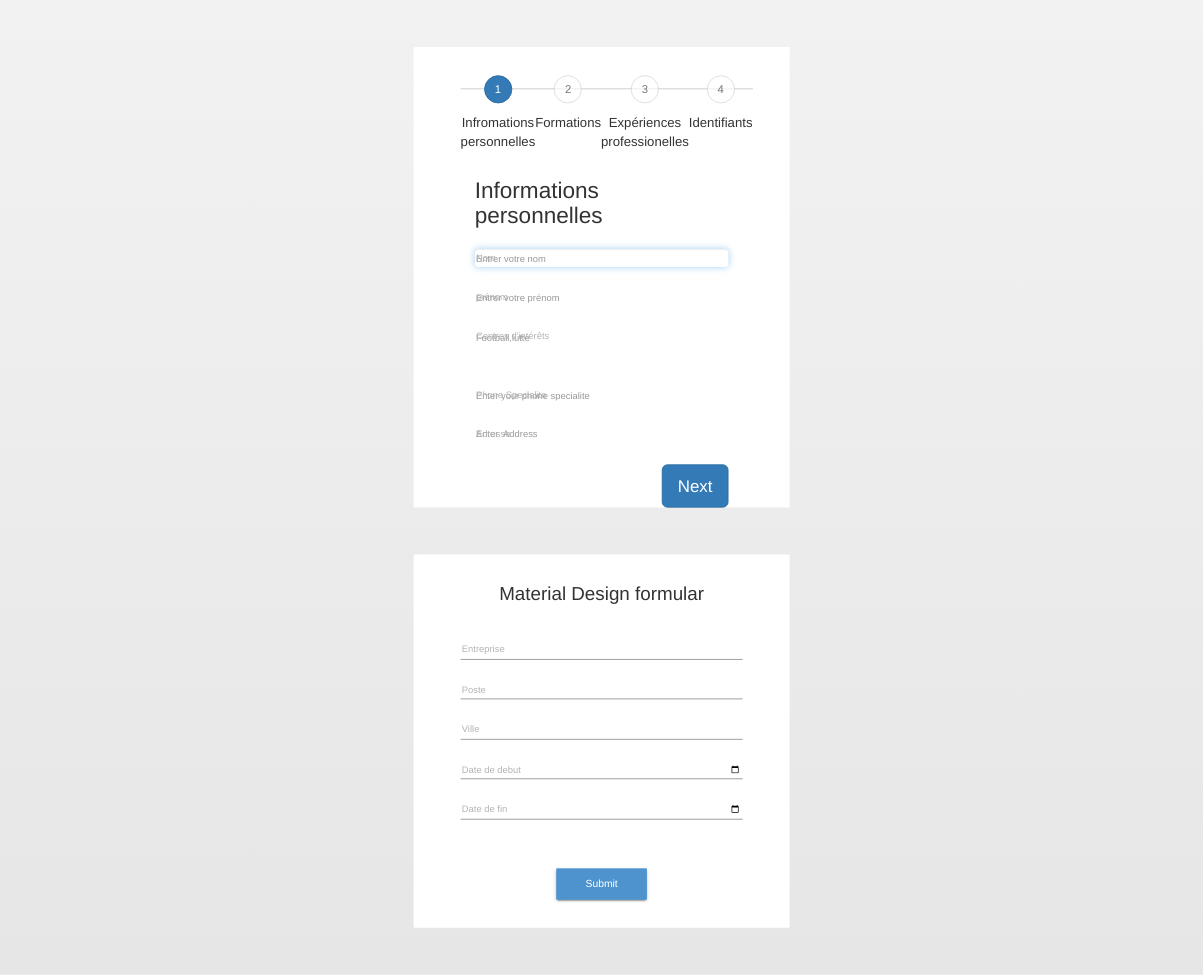
Repository: moAllElite/Examen-EJB-WEB-EAR
Page: http://localhost/SearchJobsWeb/views/inscription/addCV.jsp
These files come from the project's save history. The page is drawn as it stood at one moment and after the next save; the edit follows.
The browser window is 1280 px wide. The pictures show the whole page, at 94% of full size.
Some web libraries are served in a nearby version. The page is served by Tomcat 9. Nobody is signed in. The application's start-up code is not run. Other server files are loaded and not shown.

Above is the page before, as saved 2023-03-28 15:38:29.

### SearchJobsWeb/src/main/webapp/views/inscription/addCV.jsp
<%@ page language="java" contentType="text/html; charset=ISO-8859-1"
    pageEncoding="ISO-8859-1"%>
<%@ taglib uri="http://java.sun.com/jsp/jstl/core" prefix="c" %>
<!DOCTYPE html>
<html>
	<head>
	<meta charset="ISO-8859-1">
	<title>Inscription</title>
		<link href='https://fonts.googleapis.com/css?family=Lato:400,300,700' rel='stylesheet' type='text/css'>
		 <link href="https://cdn.jsdelivr.net/npm/bootstrap@5.3.0-alpha1/dist/css/bootstrap.min.css" rel="stylesheet" integrity="sha384-GLhlTQ8iRABdZLl6O3oVMWSktQOp6b7In1Zl3/Jr59b6EGGoI1aFkw7cmDA6j6gD" crossorigin="anonymous">
	 	  <link rel='stylesheet' href='https://maxcdn.bootstrapcdn.com/bootstrap/3.3.6/css/bootstrap.min.css'><link rel="stylesheet" href="ressources/css/styleRegister.css">
		<link rel="stylesheet" href="ressources/css/alert.css">

		<!-- STYLE CSS -->
		<link rel="stylesheet" href="ressources/css/styleRegister.css">
	</head>
	<body>
		<div class="container">
    <div class="stepwizard">
        <div class="stepwizard-row setup-panel">

            <div class="stepwizard-step">
                <a href="#step-1" type="button" class="btn btn-primary btn-circle">1</a>
                <p>Infromations personnelles</p>
            </div>
            <div class="stepwizard-step">
                <a href="#step-2" type="button" class="btn btn-default btn-circle" disabled="disabled">2</a>
                <p>Formations</p>
            </div>
            <div class="stepwizard-step">
                <a href="#step-3" type="button" class="btn btn-default btn-circle" disabled="disabled">3</a>
                <p>Expériences professionelles</p>
            </div>
             <div class="stepwizard-step">
                <a href="#step-4" type="button" class="btn btn-default btn-circle" disabled="disabled">4</a>
                <p>Identifiants</p>
            </div>
        </div>
    </div>
    <%-- Check for error message and display if it exists --%>
						<c:if test="${not empty	errorMessage}">
							<div class="alert warning">
								<span class='alert-close' onclick="this.parentElement.style.display='none';">&times;</span>
								<b>Warning</b><br>
								<ul><li>  ${errorMessage}</li></ul>
							</div>
						</c:if>


		    <form role="form" action="Inscription" method="post">
		    	<header>
			        <div class="row setup-content" id="step-1">
			            <div class="col-xs-12">
			                <div class="col-md-12">
			                    <h3> Informations personnelles</h3>
			                    <div class="form-group">
			                        <label class="control-label">Nom</label>
			                        <input  maxlength="100" type="text" name="nom" required="required" class="form-control" placeholder="Entrer votre nom"  />
			                    </div>
			                    <div class="form-group">
			                        <label class="control-label">prénom</label>
			                        <input name="prenom" maxlength="100" type="text" required="required" class="form-control" placeholder="Entrer votre prénom" />
			                    </div>
			                     <div class="form-group">
			                        <label class="control-label">Centres d'intérêts</label>
			                        <textarea name="interets" maxlength="200" type="text" required="required" class="form-control" placeholder="Football,lutte" ></textarea>
			                    </div>

			                      <div class="form-group">
			                        <label class="control-label">Phone Specialite</label>
			                        <input name="telephone" maxlength="30" type="tel"  class="form-control" placeholder="Enter your phone specialite"  required="required"/>
			                    </div>
			                    <div class="form-group">
			                        <label class="control-label"> Adresse</label>
			                        <input name="adresse"maxlength="200" type="text" required="required" class="form-control" placeholder="Enter  Address"  />
			                    </div>
			                    <button class="btn btn-primary nextBtn btn-lg pull-right" type="button" >Next</button>
			                </div>
			            </div>
			        </div>
			        <div class="row setup-content" id="step-2">
			            <div class="col-xs-12">
			                <div class="col-md-12">
			                    <h3> Formations</h3>
			                    <div class="form-group">
			                        <label class="control-label">Etablissement</label>
			                        <input name="ecole" maxlength="30" type="text" required="required" class="form-control" placeholder="Enter your phone specialite" />
			                    </div>
			                    <div class="form-group">
			                        <label class="control-label"> Année</label>
			                        <input name="annee"maxlength="200" type="month" required="required" class="form-control" placeholder="Enter  Address"  />
			                    </div>
			                  <div class="form-group">
			                  	<label class="control-label " for="education">Niveau d'étude</label>
									<select id="education"  name="niveauEtude" required="required" class="form-control">
									  <option value="bac+5">Bac+5 or higher</option>
									  <option value="bac+4">Bac+4</option>
									  <option value="bac+3">Bac+3</option>
									  <option value="bac+2">Bac+2</option>
									  <option value="bac+1">Bac+1</option>
									  <option value="bac">Bac</option>
									</select>


			                      <!--  <input  maxlength="200" type="text"  class="form-control" placeholder="Enter skill or skills" /> -->
			                    </div>
			                      <div class="form-group">
			                        <label class="control-label">Compétences</label>
			                        <textarea name="skills" type="text" class="form-control" placeholder="Enter your skills" required="required" ></textarea>
			                    </div>
			                    <button class="btn btn-default prevBtn btn-lg pull-left" type="button" >Prev</button>
			                    <button class="btn btn-primary nextBtn btn-lg pull-right" type="button" >Next</button>
			                </div>
			            </div>
			        </div>
			        <div class="row setup-content" id="step-3">
			            <div class="col-xs-12">
			                <div class="col-md-12">
			                    <h3> Expériences professionnelles</h3>
			                     <div class="position-absolute top-0 start-100 translate-middle mt-5 ms-3">
			                     <a class="btn btn-success  " onclick="show('popup1')">

					          			Add Experiences
					          	</a>
					          	</div>
			                    <div class="form-group">
			                        <label class="control-label">Nom de l'entreprise</label>
			                        <input name="societe" maxlength="200" type="text" required="required" class="form-control" placeholder="Enter skill or skills" />
			                    </div>
			                    <div class="form-group">
			                        <label class="control-label">poste</label>
			                        <input name="poste" class="form-control" placeholder="Enter your role  " required="required" ></input>
			                       <div class="input-group mb-3">
										  <div class="input-group-prepend">
										    <span class="input-group-text" id="basic-addon1" style="font-size: 14px;">Date de début</span>
				                        <input name="datedb" style="width: 30%;" class="form-control" aria-describedby="basic-addon1" type="month" required="required"></input>
				                    </div>
				                   <div class="input-group mb-3">
										  <div class="input-group-prepend">
										    <label class="input-group-text" id="basic-addon2" style="font-size: 14px;">Date de fin</label>

				                        <input name="datefn" class="form-control"  style="width: 30%;"  aria-describedby="basic-addon2" type="month" required="required" ></input>
				                    </div>
				                    </div>
				                 <div class="form-group">
				                    <label class="control-label">Ville</label>
			                        <input  name="ville" type="text" class="form-control" required="required"/>
			                    </div>
			                    <button class="btn btn-default prevBtn btn-lg pull-left mt-4" type="button" >Prev</button>

			                    <button class="btn btn-primary nextBtn btn-lg pull-right mt-4" type="button" >Next</button>
			                </div>
			            </div>
			        </div>
			        <div class="row setup-content" id="step-4">
			        <div class="col-xs-12">
			            <div class="col-md-12">
			                    <h3> Identifiants </h3>
			                   <div class="form-group">
			                        <label class="control-label">Email</label>
			                        <input name="email" maxlength="200" type="email" required="required" class="form-control" placeholder="Enter email" />
			                    </div>
			                    <div class="form-group">
			                        <label class="control-label">Password</label>
			                        <input name="password" class="form-control" placeholder="Enter your password" type="password"	required="required" />
			                    </div>
			                    <button class="btn btn-default prevBtn btn-lg pull-left" type="button" >Prev</button>
			                    <button class="btn btn-success btn-lg pull-right" type="submit">Finish!</button>
			                </div>
			            </div>
			        </div>
			       </header>
		    </form>
		    </div>
		 		<!-- Modal popup -->

				<div id="target-content">
					  <a href="#" class="close"></a>


							  	<jsp:include page="popup.jsp"></jsp:include>




			</div>





				<!-- JQUERY STEP -->
				<!-- partial -->
		  <script src='https://code.jquery.com/jquery-2.2.4.min.js'></script>
		<script src='https://cdnjs.cloudflare.com/ajax/libs/underscore.js/1.8.3/underscore-min.js'></script>
		<script  src="ressources/js/register.js"></script>

</body>
</html>

### SearchJobsWeb/src/main/webapp/ressources/css/styleRegister.css
body{
    margin-top:40px;
}
/*
https://www.thesoftwareguy.in/creating-responsive-multi-step-form-bootstrap-jquery/


*/

.stepwizard-step p {
    margin-top: 10px;
}

.stepwizard-row {
    display: table-row;
}

.stepwizard {
    display: table;
    width: 100%;
    position: relative;
}

.stepwizard-step button[disabled] {
    opacity: 1 !important;
    filter: alpha(opacity=100) !important;
}

.stepwizard-row:before {
    top: 14px;
    bottom: 0;
    position: absolute;
    content: " ";
    width: 100%;
    height: 1px;
    background-color: #ccc;
    z-order: 0;

}

.stepwizard-step {
    display: table-cell;
    text-align: center;
    position: relative;
}

.btn-circle {
  width: 30px;
  height: 30px;
  text-align: center;
  padding: 6px 0;
  font-size: 12px;
  line-height: 1.428571429;
  border-radius: 15px;
}

### SearchJobsWeb/src/main/webapp/ressources/css/alert.css
@charset "ISO-8859-1";
.alert{font-family: -apple-system,BlinkMacSystemFont,'Roboto','Segoe UI','Oxygen-Sans','Ubuntu','Cantarell','Helvetica Neue',sans-serif;
    min-height: 38px;
    padding: 12px 15px 15px;
    margin: 5px auto;
    border-radius: 4px;
    border-left: 4px solid;
	opacity:1;
	   transition: opacity 0.6s;
	max-width:90%
}
.warning {
    background: rgba(244, 215, 201, .37);
    color: #d93025;
    border-color: #d93025;
}
.info {
    background: rgba(186, 208, 228, .37);
    color: #00539f;
    border-color: #00539f;
}
.success {
    background: #edf7ee;
    color: #4CAF50;
    border-color: #4CAF50;
}
.tip {
    background: #fff5e6;
    color: #ff9800;
    border-color: #ff9800;
}
.alert-close{
	   padding-left: 15px;
    font-weight: bold;
    float: right;
    font-size: 20px;
    line-height: 18px;
    cursor: pointer;
	   transition:.30s all;
}
.alert-close:hover{
	color:#000;
}
.alert code, .alert .mark{
    background: #fff;
    opacity: 0.9;
    padding: 3px 5px;
    border-radius: 4px;
    font-family: Consolas,Monaco,'Andale Mono',monospace;
    font-size: 89%;
    font-weight: normal;
}

Loaded but not shown: SearchJobsWeb/src/main/webapp/ressources/js/register.js (72 lines, source omitted); SearchJobsWeb/src/main/webapp/views/inscription/popup.jsp (448 lines, source omitted)

After the next save:
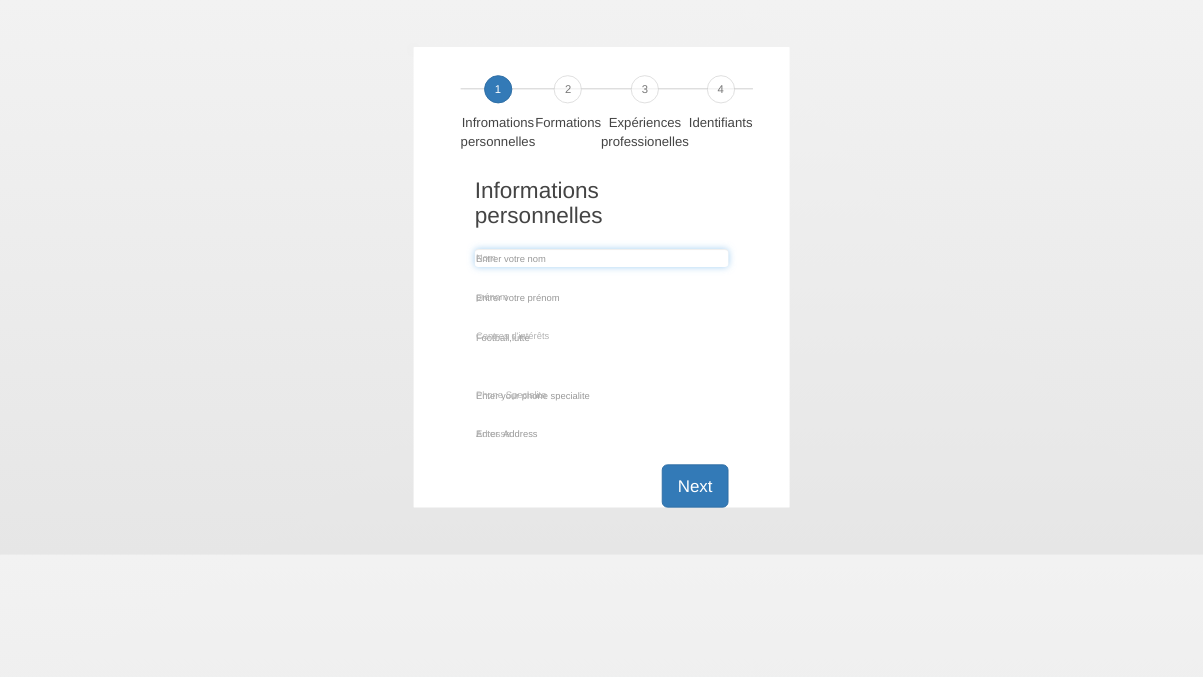
Saved 32 s later.
--- a/SearchJobsWeb/src/main/webapp/views/inscription/addCV.jsp
+++ b/SearchJobsWeb/src/main/webapp/views/inscription/addCV.jsp
@@ -187,7 +187,73 @@
 
 
 
-
+		<style>
+				#target-content {
+				  position: fixed;
+				  top: 0;
+				  right: 0;
+				  bottom: 0;
+				  left: 0;
+				  pointer-events: none;
+				  opacity: 0;
+				  transition: opacity 200ms; }
+				  #target-content:target {
+				    pointer-events: all;
+				    opacity: 1; }
+				  #target-content #target-inner {
+				    position: absolute;
+				    display: block;
+				    padding: 48px;
+				    line-height: 1.8;
+				    width: 70%;
+				    top: 50%;
+				    left: 50%;
+				    transform: translateX(-50%) translateY(-50%);
+				    box-shadow: 0px 12px 24px rgba(0, 0, 0, 0.2);
+				    background: white;
+				    color: #34495E; }
+				    #target-content #target-inner h2 {
+				      margin-top: 0; }
+				    #target-content #target-inner code {
+				      font-weight: bold; }
+				  #target-content a.close {
+				    content: '';
+				    position: absolute;
+				    top: 0;
+				    right: 0;
+				    bottom: 0;
+				    left: 0;
+				    background-color: #34495E;
+				    opacity: 0.5;
+				    transition: opacity 200ms; }
+				    #target-content a.close:hover {
+				      opacity: 0.4; }
+
+				body {
+				  background-color: #ECF0F1;
+				  color: #444; }
+
+				#button {
+				  position: absolute;
+				  top: 50%;
+				  left: 50%;
+				  transform: translateX(-50%) translateY(-50%);
+				  padding: 16px 24px;
+				  border-radius: 1px;
+				  text-decoration: none;
+				  font-size: 24px;
+				  display: block;
+				  color: white;
+				  background-color: #34495E;
+				  text-align: center;
+				  font-weight: 100;
+				  transition: box-shadow 200ms;
+				  border-radius: 4px; }
+				  #button:hover {
+				    box-shadow: 0px 12px 24px rgba(0, 0, 0, 0.2); }
+
+
+			</style>
 
 				<!-- JQUERY STEP -->
 				<!-- partial -->

After the save that followed:
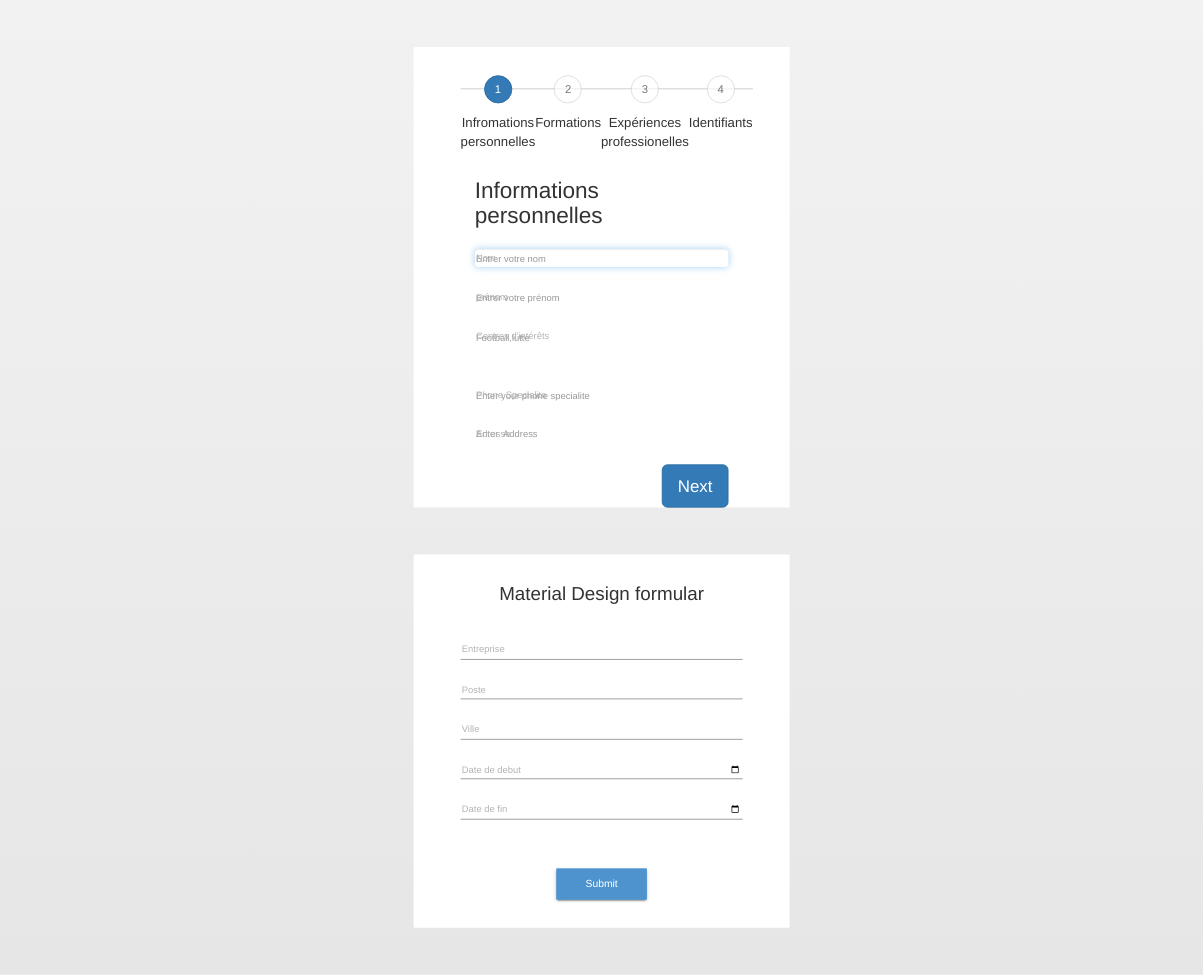
Saved 24 s later.
--- a/SearchJobsWeb/src/main/webapp/views/inscription/addCV.jsp
+++ b/SearchJobsWeb/src/main/webapp/views/inscription/addCV.jsp
@@ -187,73 +187,7 @@
 
 
 
-		<style>
-				#target-content {
-				  position: fixed;
-				  top: 0;
-				  right: 0;
-				  bottom: 0;
-				  left: 0;
-				  pointer-events: none;
-				  opacity: 0;
-				  transition: opacity 200ms; }
-				  #target-content:target {
-				    pointer-events: all;
-				    opacity: 1; }
-				  #target-content #target-inner {
-				    position: absolute;
-				    display: block;
-				    padding: 48px;
-				    line-height: 1.8;
-				    width: 70%;
-				    top: 50%;
-				    left: 50%;
-				    transform: translateX(-50%) translateY(-50%);
-				    box-shadow: 0px 12px 24px rgba(0, 0, 0, 0.2);
-				    background: white;
-				    color: #34495E; }
-				    #target-content #target-inner h2 {
-				      margin-top: 0; }
-				    #target-content #target-inner code {
-				      font-weight: bold; }
-				  #target-content a.close {
-				    content: '';
-				    position: absolute;
-				    top: 0;
-				    right: 0;
-				    bottom: 0;
-				    left: 0;
-				    background-color: #34495E;
-				    opacity: 0.5;
-				    transition: opacity 200ms; }
-				    #target-content a.close:hover {
-				      opacity: 0.4; }
 
-				body {
-				  background-color: #ECF0F1;
-				  color: #444; }
-
-				#button {
-				  position: absolute;
-				  top: 50%;
-				  left: 50%;
-				  transform: translateX(-50%) translateY(-50%);
-				  padding: 16px 24px;
-				  border-radius: 1px;
-				  text-decoration: none;
-				  font-size: 24px;
-				  display: block;
-				  color: white;
-				  background-color: #34495E;
-				  text-align: center;
-				  font-weight: 100;
-				  transition: box-shadow 200ms;
-				  border-radius: 4px; }
-				  #button:hover {
-				    box-shadow: 0px 12px 24px rgba(0, 0, 0, 0.2); }
-
-
-			</style>
 
 				<!-- JQUERY STEP -->
 				<!-- partial -->
